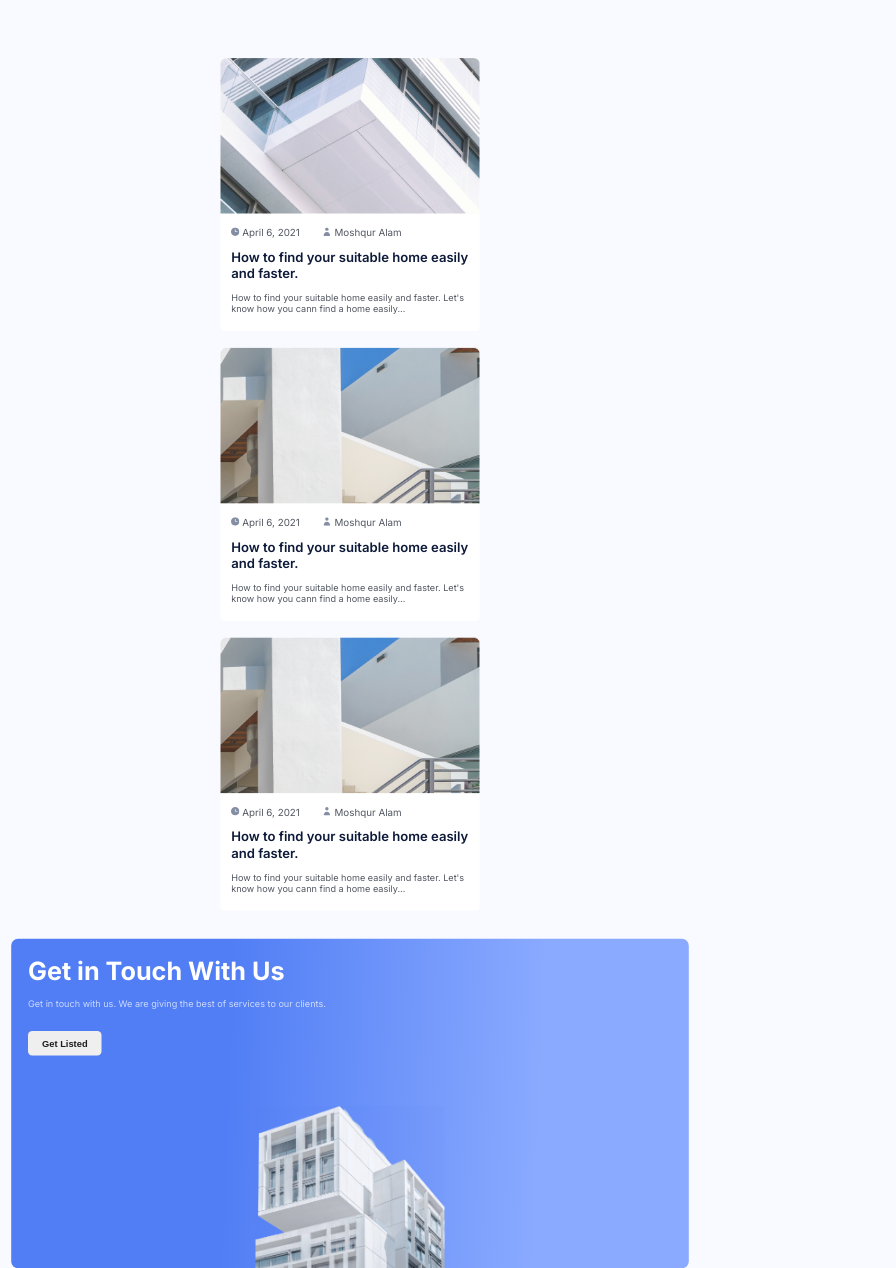
Repository: haokiet2501/domicile-real-estate
Page: index.html
An editor plug-in stored every save of this project. The page is shown before and after a run of saves, followed by the edit.
The browser window is 1280 px wide. The pictures show the part of the page from y = 4580 to 6500 px (the page is 6392 px tall before and 6504 px after), at 70% of full size.
The style sheet was rebuilt from its Sass, Less or Tailwind sources for each picture, by a compiler version that may differ from the author's.

Above is the page before, as saved 2022-06-28 11:01:17.

After the next 3 saves:
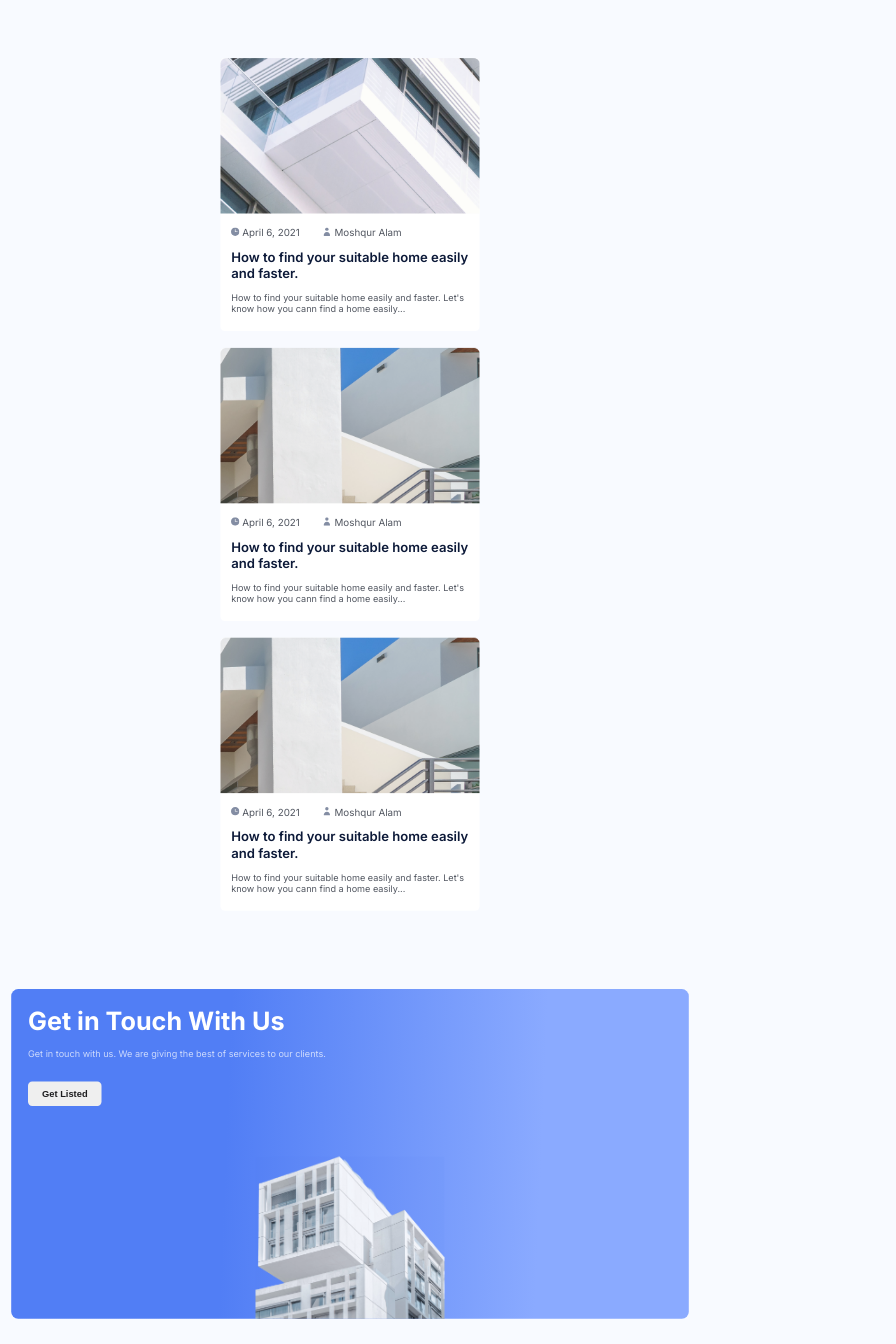
The 3 saves are shown as one change because they came seconds apart.
The last was saved 22 s later.
--- a/index.html
+++ b/index.html
@@ -490,7 +490,7 @@
             </div>
         </section>
 
-        <section class="cta">
+        <section class="cta section">
             <div class="cta__container container">
                 <div class="cta__data">
                     <div class="cta__heading">
